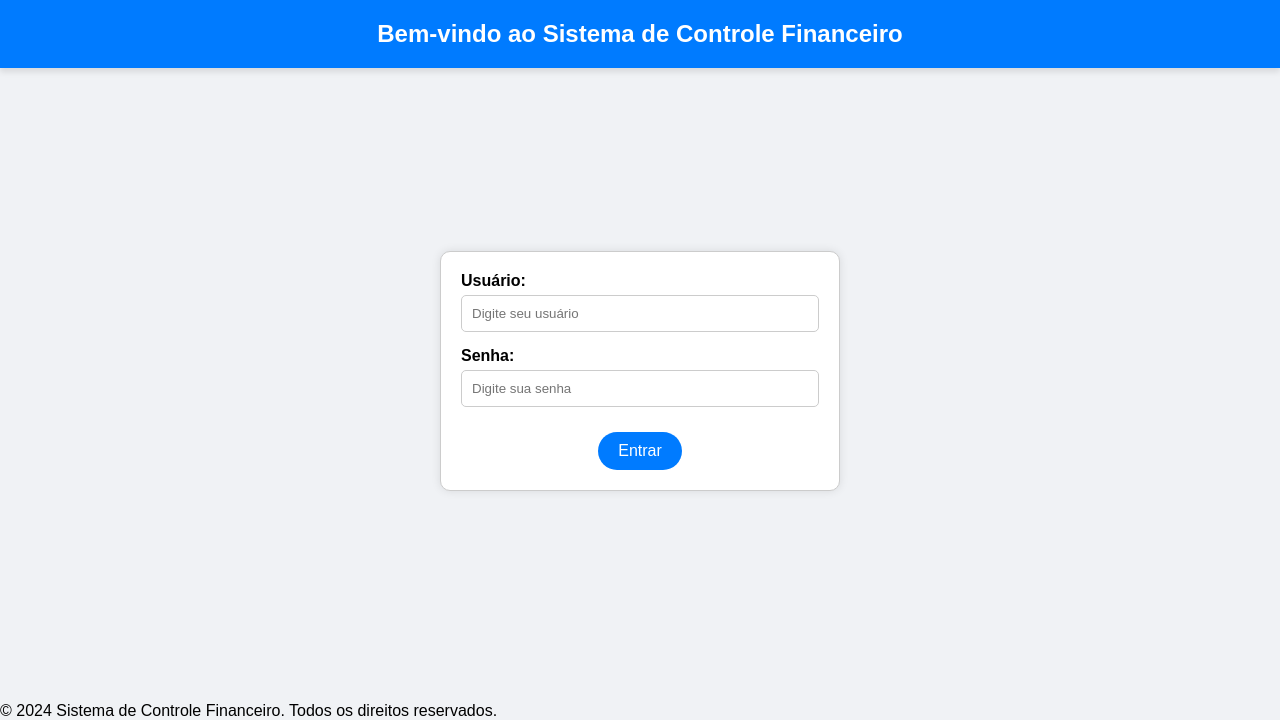
Repository: LucasMontalvao1/ProjetoMaxima
Page: / (app in AngularMaxima/)
An editor plug-in stored every save of this project. The page is shown before and after the next save, followed by the edit.
The browser window is 1280 px wide. The pictures show the whole page.
The project was rebuilt for these pictures with package versions that can differ from the ones it lists, and the page was loaded fresh each time. Also part of the build but not shown: AngularMaxima/angular.json.

Above is the page before, as saved 2024-07-14 16:50:22.

After the next save:
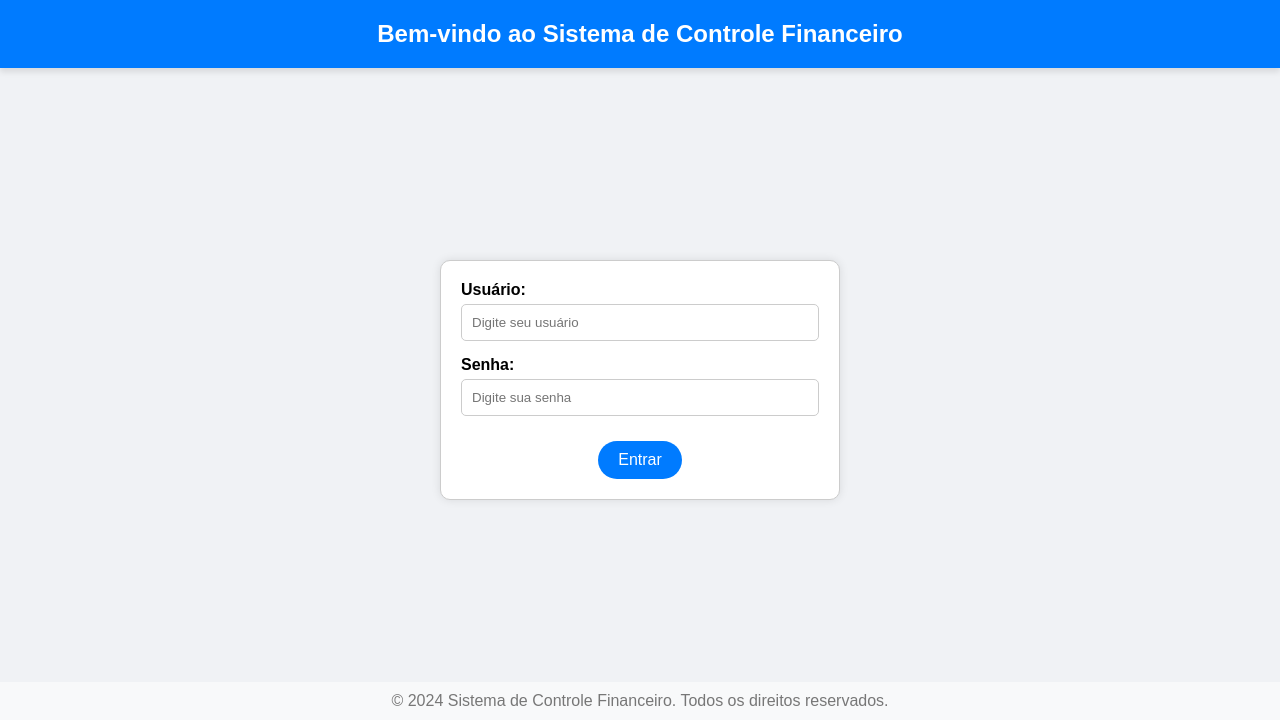
Saved 4 s later.
--- a/AngularMaxima/src/styles.css
+++ b/AngularMaxima/src/styles.css
@@ -43,3 +43,15 @@ body, html {
   margin: 0;
   font-size: 24px;
 }
+
+.footer {
+  width: 100%;
+  background-color: #f8f9fa;
+  color: #777;
+  padding: 10px 0;
+  text-align: center;
+  position: fixed;
+  bottom: 0;
+  left: 0;
+  z-index: 1000;
+}
